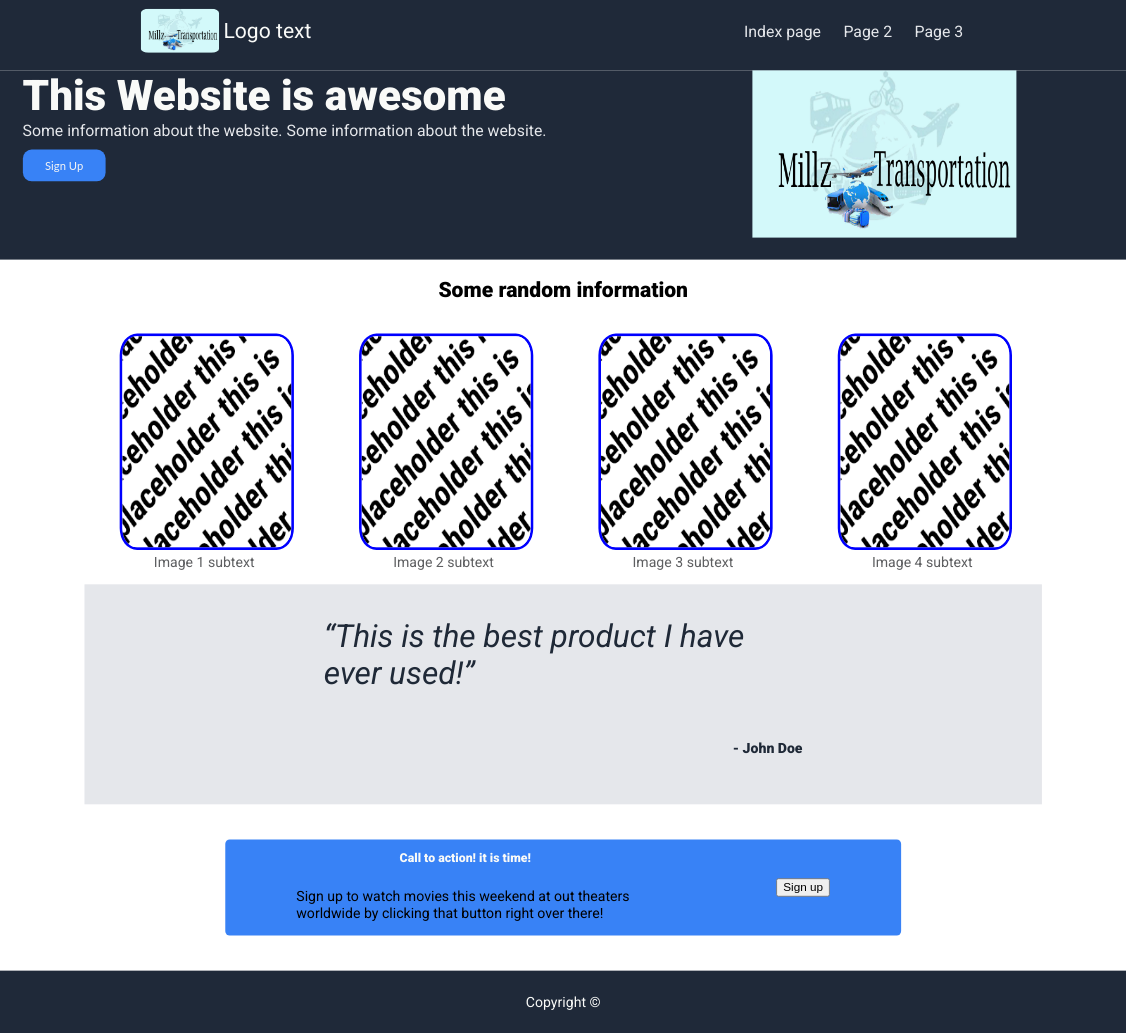
Repository: MikkyPrestige/css-assignment
Page: index.html
The author's editor kept a copy of each file at every save. The page is drawn from the files as they stood at one save, then again after the next save.
The browser window is 1280 px wide. The pictures show the whole page, at 88% of full size.

Above is the page before, as saved 2023-04-27 02:46:15.

### index.html
<!DOCTYPE html>
<html lang="en">

<head>
  <meta charset="UTF-8">
  <meta http-equiv="X-UA-Compatible" content="IE=edge">
  <meta name="viewport" content="width=device-width, initial-scale=1.0">
  <link rel="stylesheet" href="./styles/index.css">
  <title>Assignment</title>
</head>

<body>
  <header>
    <div class="header">
      <div class="header-logo">
        <img src="./images/TransportationIcon3.jpg" alt="Company logo">
        <p>Logo text</p>
      </div>
      <nav>
        <a class="header-link" href="./index.html">Index page</a>
        <a class="header-link" href="./pages/extraPage1.html">Page 2</a>
        <a class="header-link" href="./pages/extraPage2.html">Page 3</a>
      </nav>
    </div>
  </header>

  <main>
    <!-- Claimed by Ashley -->
    <div class="Section_1">
      <div class="Header_body">
        <div>
          <div class="Header_title">
            This Website is awesome
          </div>
          <div class="Header_text">
            Some information about the website. Some information about the website.
          </div>
          <button class="Header_btn">Sign Up</button>
        </div>
        <img class="headerImage" src="./images/TransportationIcon3.jpg" alt="icon" />
      </div>
    </div>

    <!-- Claimed by Owen -->
    <div id="Section2">
      <h2>Some random information</h2>
      <div class="flex-image-container">
        <figure class="main-image">
          <img src="./images/placeholder1.png" alt="placeholder">
          <figcaption>Image 1 subtext</figcaption>
        </figure>
        <figure class="main-image">
          <img src="./images/placeholder1.png" alt="placeholder">
          <figcaption>Image 2 subtext</figcaption>
        </figure>
        <figure class="main-image">
          <img src="./images/placeholder1.png" alt="placeholder">
          <figcaption>Image 3 subtext</figcaption>
        </figure>
        <figure class="main-image">
          <img src="./images/placeholder1.png" alt="placeholder">
          <figcaption>Image 4 subtext</figcaption>
        </figure>
      </div>

    </div>

    <!-- Claimed by Alex -->
    <section class="section-3">
      <Selection class="review-slider">
        <div class="review-container">
          <div class="review">
            <q class="review-text">This is the best product I have ever used!</q>
            <p class="review-author">- John Doe</p>
          </div>

          <div class="review">
            <q class="review-text">I love this product! It has made my life so much easier.</q>
            <p class="review-author">- Jane Smith</p>
          </div>

          <div class="review">
            <q class="review-text">I highly recommend this product to anyone.</q>
            <p class="review-author">- Tom Johnson</p>
          </div>

          <div class="review">
            <q class="review-text">This is the best product I have ever used!</q>
            <p class="review-author">- John Doe 2</p>
          </div>

          <div class="review">
            <q class="review-text">I love this product! It has made my life so much easier.</q>
            <p class="review-author">- Jane Smith 2</p>
          </div>

          <div class="review">
            <q class="review-text">I highly recommend this product to anyone.</q>
            <p class="review-author">- Tom Johnson 2</p>
          </div>
        </div>
      </Selection>
    </section>

    <section class="section4">
      <div class="section4-wrapper">
        <div class="section4-cta">
          <h2 class="section4-cta__title">Call to action! it is time!</h2>
          <p class="section4-cta__subtitle">Sign up to watch movies this weekend at out theaters worldwide by clicking
            that button right over there!
          </p>
        </div>
        <button class="section4-cta__btn">Sign up</button>
      </div>
    </section>
  </main>

  <footer>
    <div class="footer">
      <p>Copyright &copy</p>
    </div>
  </footer>
</body>

</html>

### styles/index.css
@import url('https://fonts.googleapis.com/css2?family=Roboto:ital,wght@0,400;0,900;1,400&display=swap');

/*  CSS variables defined here and referenced using var(--varName).
    Note: name must have '--' prefix */
:root {
    --review-count: 6;
}

body {
	font-family: 'Roboto', sans-serif;
	margin: 0;
}

/* CSS for page header */
header {
	padding-top: 10px;
	padding-bottom: 20px;
	background-color: #1F2939;
}
.header {
    margin: auto;
    height: 50px;
    width: 75%;
	display: flex;
	justify-content: space-between;
}

@media (max-width: 800px) {
	.header {
		flex-direction: column;
		align-items: center;
        height: 100px;
	}
}

.header nav {
	width: 300px;
	display: flex;
	justify-content: space-evenly;
}

.header-logo {
	display: flex;
    height: 100%;
	align-items: center;
}

@media (max-width: 800px) {
	.header-logo {
        height: 65%;
	}
}

.header-logo img {
	height: 100%;
	border-radius: 10%;
}

.header-logo p {
	padding-left: 5px;
	font-size: 24px;
	color: #F9FAF8;
}

.header-link {
	font-size: 18px;
	color: #E5E7EB;
	align-self: center;
}

.header-link:link {
	text-decoration: none;
}

.header-link:visited {
	text-decoration: none;
}

.header-link:hover {
	text-decoration: underline;
}

.header-link:active {
	text-decoration:none;
}

/*Css for Section 1 of the index */

.Section_1{
	background-color: #1F2939;
	padding-left: 2%;
}

h1{
	font-size: 24px;
	color: #F9FAF8;
}

.Header_body{
	display: flex;
	justify-content: space-between;
	padding-bottom: 2%;
}

.Header_title{
	font-size: 48px;
	color: #F9FAF8;
	font-weight: 800;
}

.Header_text{
	font-size: 18px;
	color: #E5E7EB;
	padding-bottom: 2%
}

.Header_btn {
	padding: .8em 2em;
	border-radius: 10px;
	border: none;
	background-color: #3882F6;
	color: whitesmoke;
	font-family: 'Lato', sans-serif;
	font-size: .8em;
}

.headerImage{
	height: 190px;
	width: 300px;
	padding-right: 10%;
}

/* Css for Section 2 of the index */
#Section2 {
	text-align: center;
	width: 75%;
	margin: auto;
}

.flex-image-container {
	display: flex;
  flex-direction: row;
  flex-wrap: nowrap;
  justify-content: center;
  align-items: stretch;
  align-content: center;
}

@media (max-width: 800px) {
  .flex-image-container {
    flex-direction: column;
  }
}

.main-image {
	min-width: 20%;
}

.main-image img {
	width: 100%;
	height: 15em;
	border: 3px blue;
	border-style: solid;
	border-radius: 10%;
}

.main-image figcaption{
	color: #5e5f61;
}

/* CSS for section 3 of index */
.section-3 {
    height: 250px;
		width: 85%;
	background-color: #E5E7EB;
    display: flex;
    justify-content: center;
		align-items: center;
		margin: auto;
}

/* Automatic slideshow */
.review-slider {
    position: relative;
    margin: auto;
    width: 50%;
    height: 100%;
    overflow: hidden;
}

@media (max-width: 800px) {
    .review-slider {
      width: 75%;
    }
  }

.review-slider .review-container {
    position: absolute;
    width: calc(100% * var(--review-count));
    height: 100%;
    top: 0;
    left: 0;
    overflow: hidden;
    animation: slider 26s infinite;
}

.review-slider .review-container .review {
    position: relative;
    width: calc(100% / var(--review-count));
    height: 100%;
    display: flex;
    flex-direction: column;
    justify-content: space-evenly;
    float: left;
    overflow: hidden
}

.review-text {
    font-size: 36px;
    font-weight: 300;
    font-style: italic;
    color: #1F2937;
}

.review-author {
    font-weight: bold;
    color: #1F2937;
    align-self: end;
}

.section4 {
		height: 100%;
		width: 100%;
		padding: 40px 0;
}

.section4-wrapper {
		display: flex;
		justify-content: space-around;
		align-items: center;
		width: 60%;
		background-color: #3882F6;
		margin: 0 auto;
		border-radius: 5px;
		-webkit-border-radius: 5px;
		-moz-border-radius: 5px;
		-ms-border-radius: 5px;
		-o-border-radius: 5px;
}

.section4-cta {
	flex-basis: 50%;

	display: flex;
	flex-direction: column;
	justify-content: center;
	align-items: center;
}

.section4-cta__title {
	font-size: 14px;
	color: #F9FAF8;
}

@keyframes slider {
    0%, 25%, 100%{left: 0}

    30%, 55%{left: -100%}

    60%, 85%{left: -200%}
}

/* CSS for page footer */
footer {
    padding-top: 10px;
    padding-bottom: 10px;
	color: #F9FAF8;
	background-color: #1F2939;
}

.footer {
    margin: auto;
    width: 75%;
    text-align: center;
}

After the next save:
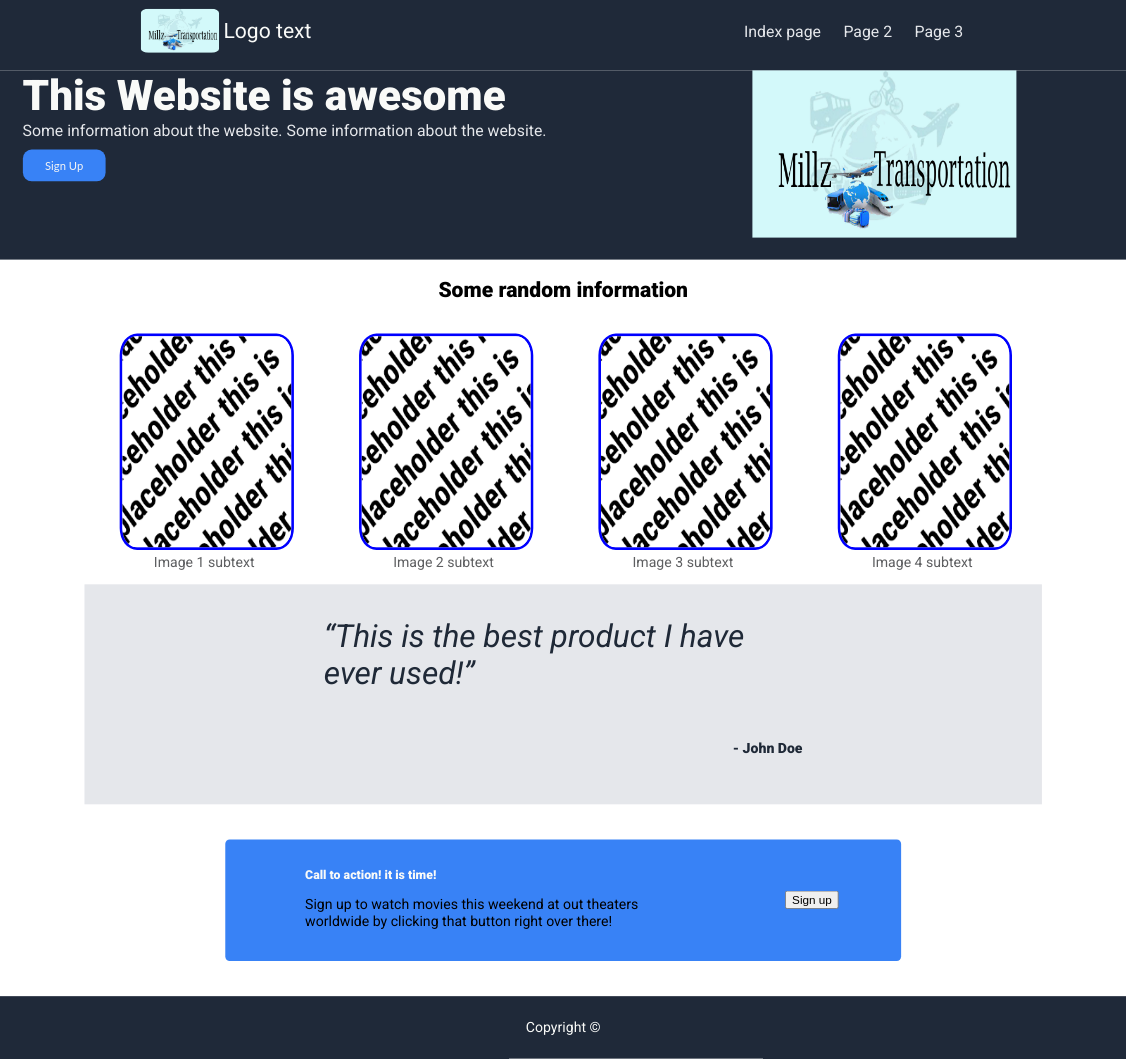
Saved 23 s later.
--- a/styles/index.css
+++ b/styles/index.css
@@ -250,11 +250,7 @@
 
 .section4-cta {
 	flex-basis: 50%;
-
-	display: flex;
-	flex-direction: column;
-	justify-content: center;
-	align-items: center;
+	padding: 20px;
 }
 
 .section4-cta__title {
